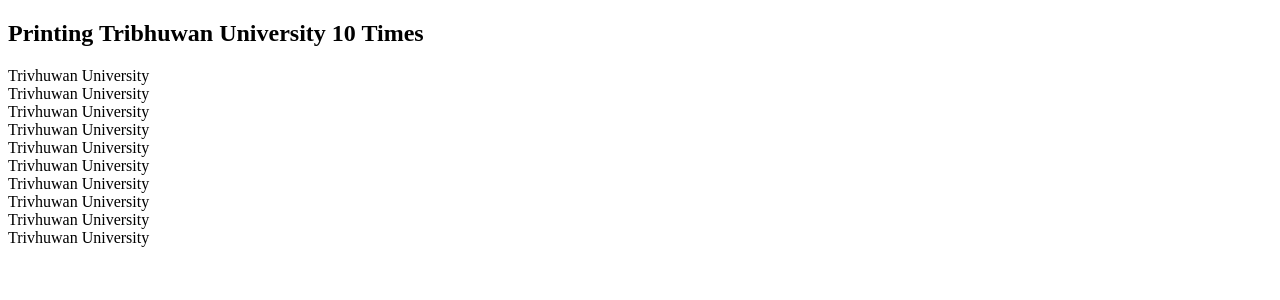
Repository: ishworpanta10/java_csit_seven_sem_programs
Page: http://localhost/JSP_PROGRAMS_PRINT/
An editor plug-in stored every save of this project. The page is shown before and after a run of saves, followed by the edit.
The browser window is 1280 px wide. The pictures show the whole page.
The page is served by Tomcat 9.

Above is the page before, as saved 2021-02-04 07:35:27.

After the next 2 saves:
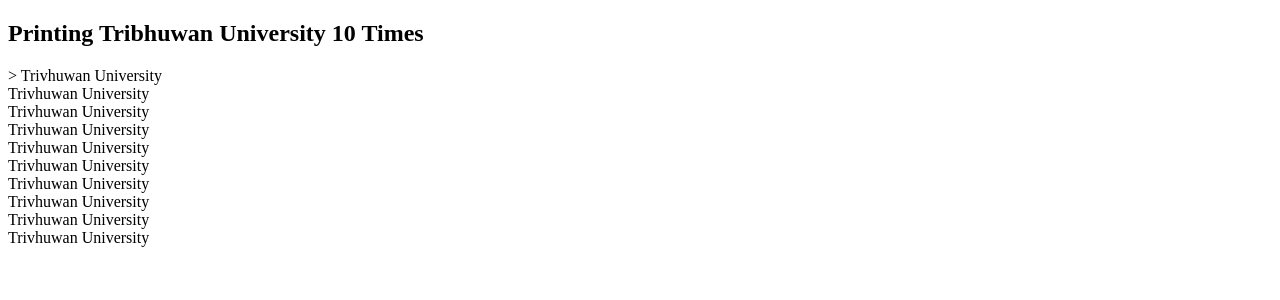
The 2 saves are shown as one change because they came seconds apart.
The last was saved 96 s later.
--- a/JSP_PROGRAMS_PRINT/WebContent/index.jsp
+++ b/JSP_PROGRAMS_PRINT/WebContent/index.jsp
@@ -10,6 +10,10 @@
 
 <h2>Printing Tribhuwan University 10 Times</h2>
 
+<%!
+/* Declaration Tag */
+%>>
+
 <!--Scriptlet Tag allow to run java code in jsp <% %>  -->
 	<%
 		String message = "Trivhuwan University";

After the 3 saves that followed:
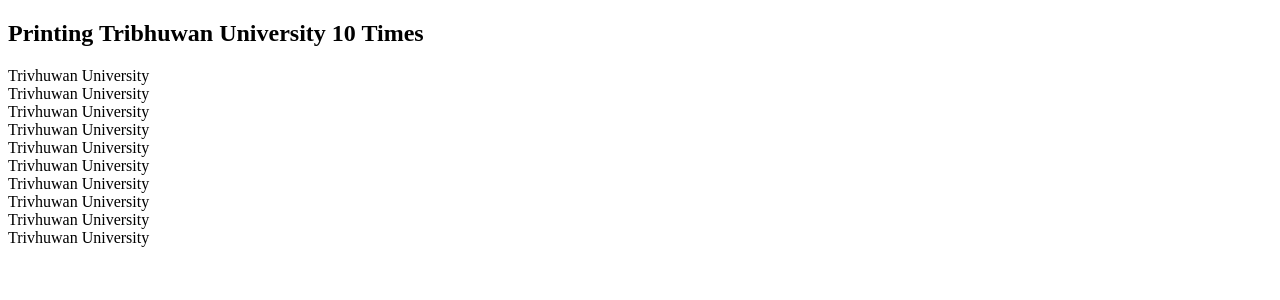
The 3 saves are shown as one change because 2 left the picture as it was.
The last was saved 36 s later.
--- a/JSP_PROGRAMS_PRINT/WebContent/index.jsp
+++ b/JSP_PROGRAMS_PRINT/WebContent/index.jsp
@@ -12,12 +12,13 @@
 
 <%!
 /* Declaration Tag */
-%>>
+int i;
+%>
 
 <!--Scriptlet Tag allow to run java code in jsp <% %>  -->
 	<%
 		String message = "Trivhuwan University";
-	for(int i=0; i<10;i++){
+	for(i=0; i<10;i++){
 		out.print(message + "<br/>");
 	}
 
